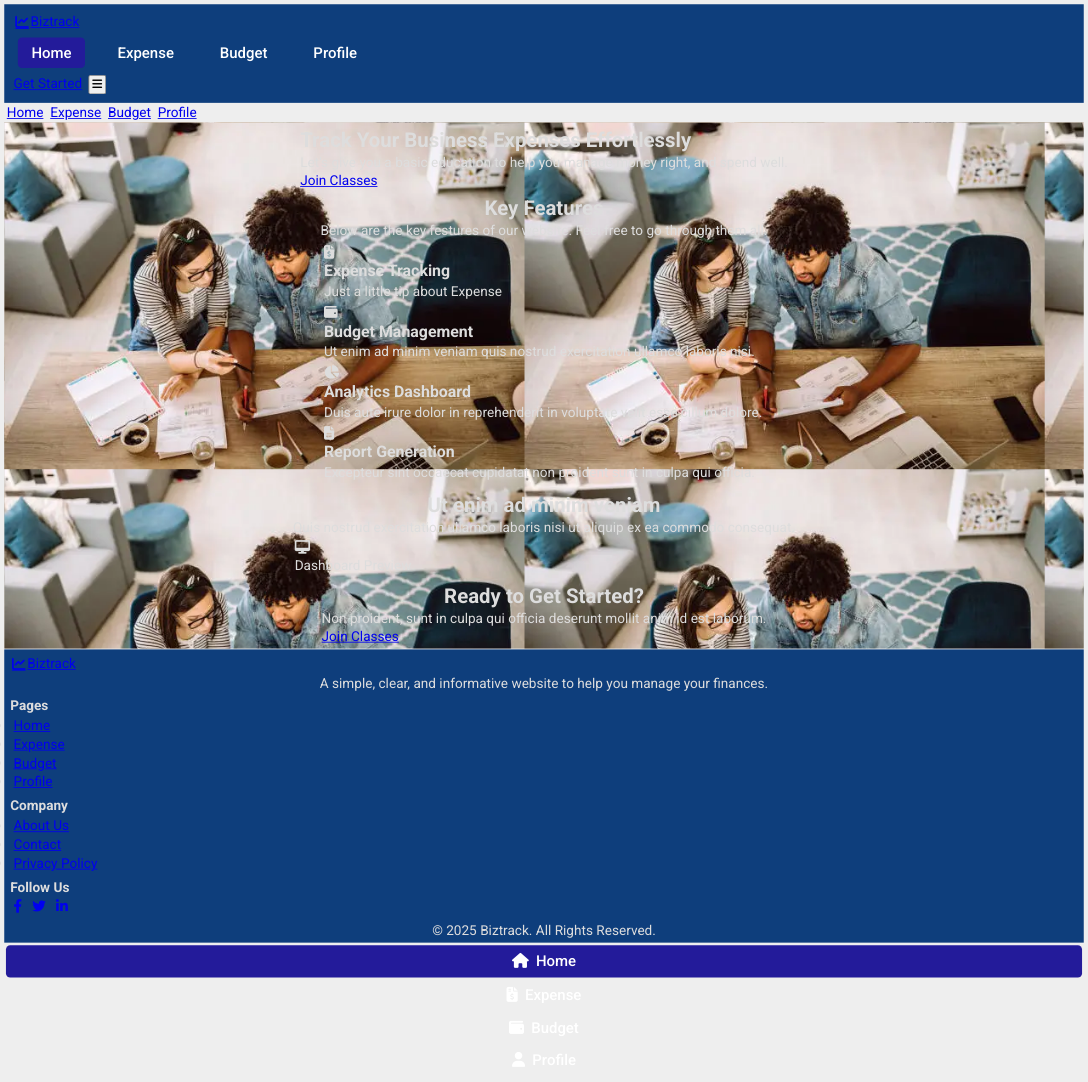
Repository: JoyUdoh106/wdd131
Page: project/index.html
These files come from the project's save history. The page is drawn as it stood at one moment and after a run of saves; the edit follows.
The browser window is 1280 px wide. The pictures show the whole page, at 85% of full size.

Above is the page before, as saved 2025-08-10 18:49:20.
Console error: TypeError: Cannot set properties of null (setting 'textContent')

After the next 2 saves:
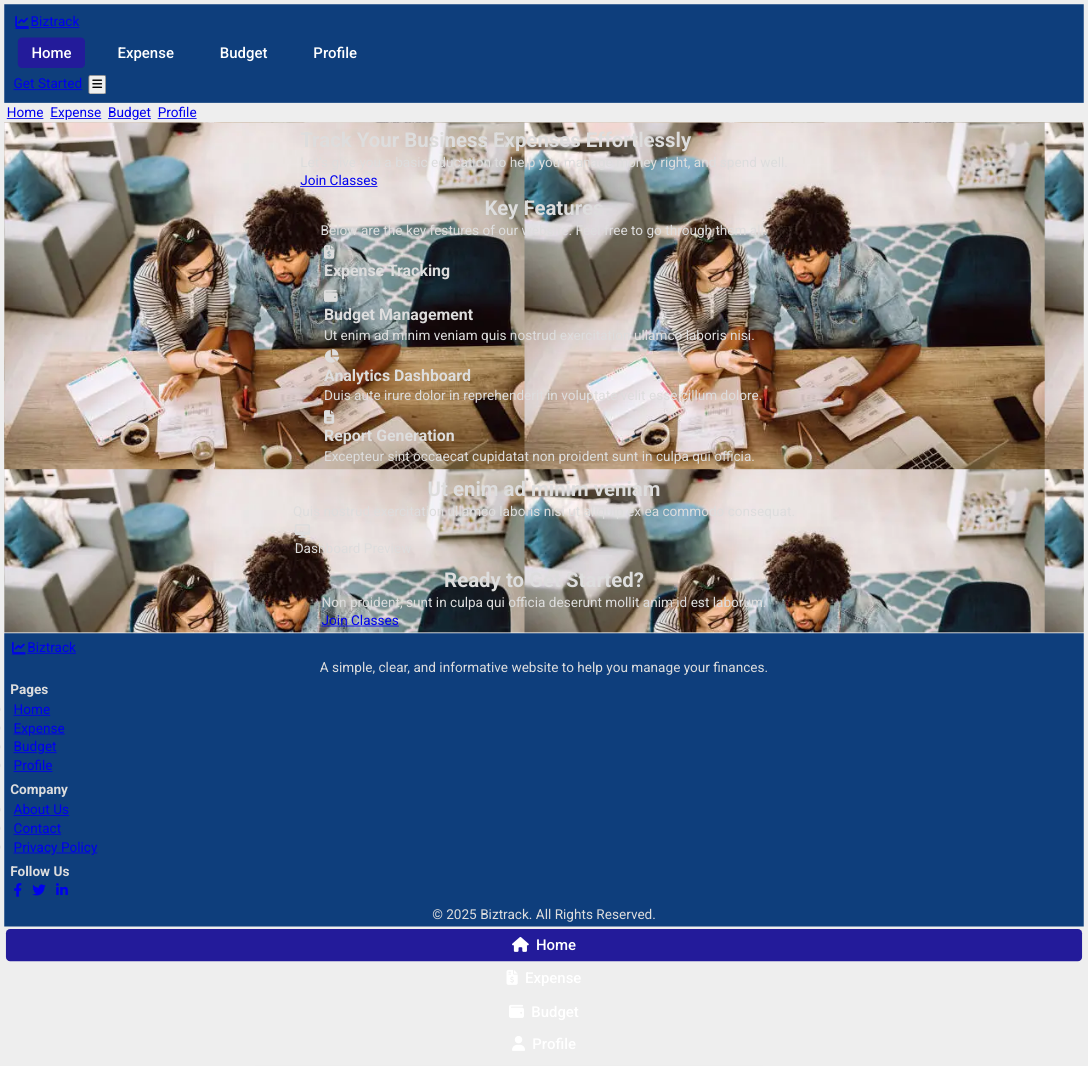
The 2 saves are shown as one change because they came seconds apart.
The last was saved 7 s later.
--- a/project/index.html
+++ b/project/index.html
@@ -59,7 +59,7 @@
                     <div class="feature-card reveal">
                         <i class="fas fa-file-invoice-dollar icon"></i>
                         <h3>Expense Tracking</h3>
-                        <p>Just a little tip about Expense</p>
+                        <p></p>
                     </div>
                     <div class="feature-card reveal">
                         <i class="fas fa-wallet icon"></i>

After the save that followed:
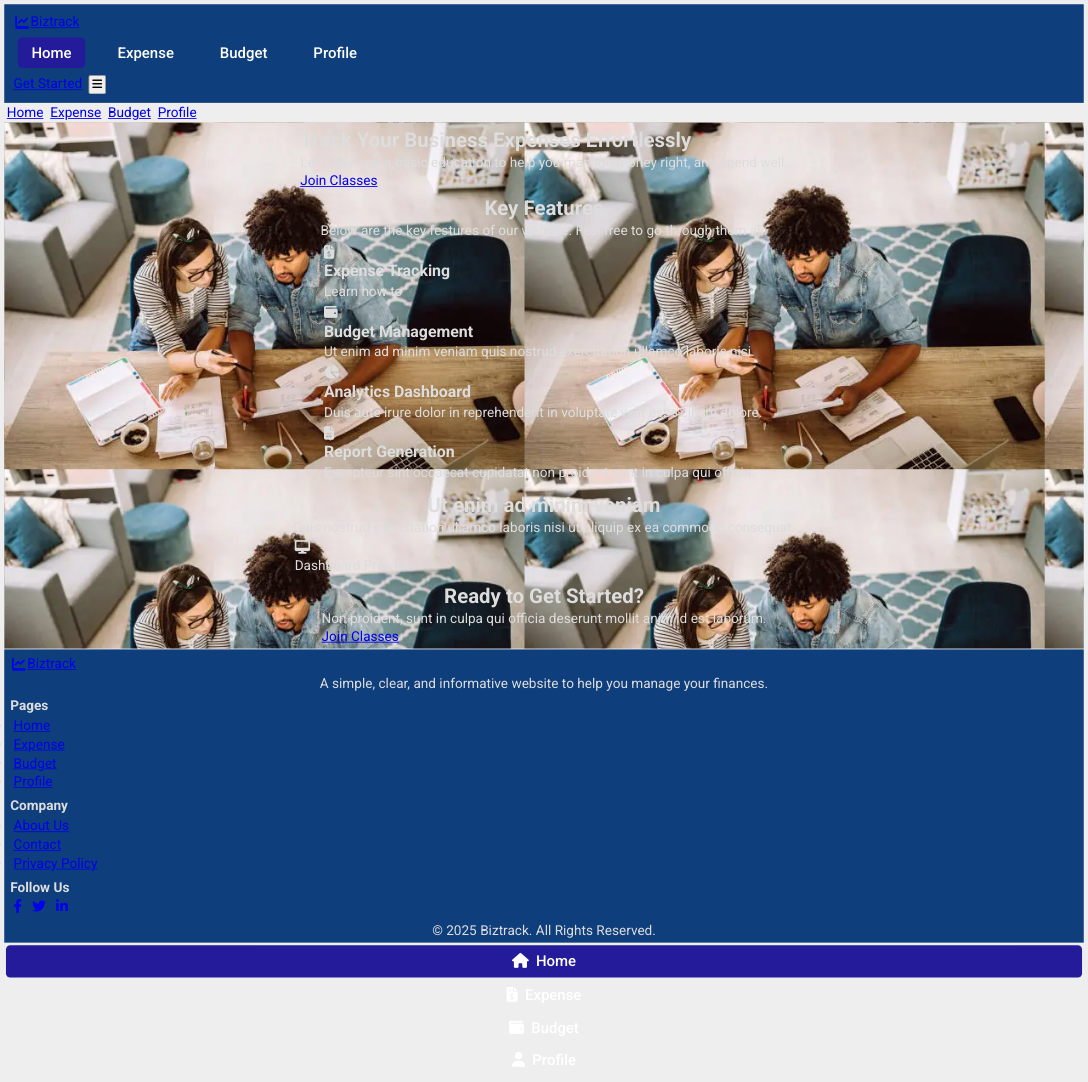
Saved 6 s later.
--- a/project/index.html
+++ b/project/index.html
@@ -59,7 +59,7 @@
                     <div class="feature-card reveal">
                         <i class="fas fa-file-invoice-dollar icon"></i>
                         <h3>Expense Tracking</h3>
-                        <p></p>
+                        <p>Learn how to </p>
                     </div>
                     <div class="feature-card reveal">
                         <i class="fas fa-wallet icon"></i>
